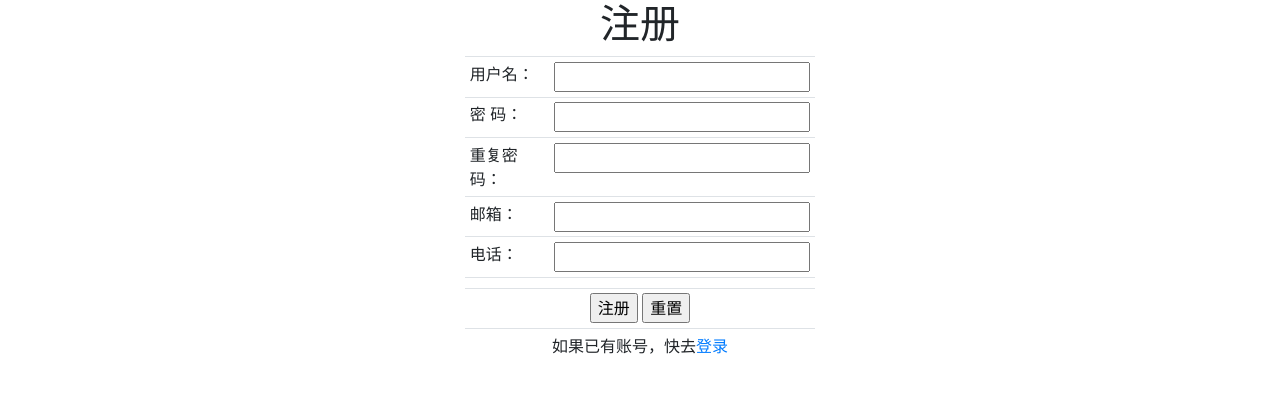
Repository: DHUAVH/Blog
Page: http://localhost/register.php
These files come from the project's save history. The page is drawn as it stood at one moment and after the next save; the edit follows.
The browser window is 1280 px wide. The pictures show the whole page.
Some web libraries are served in a nearby version. The page is run by PHP 8.4 with error messages shown; the project is at /var/www/html/.

Above is the page before, as saved 2020-11-29 18:05:00.

### register.php
<!DOCTYPE html>
<html lang="en">
<head>
    <meta charset="UTF-8">
    <meta name="viewport" content="width=device-width, initial-scale=1.0">
    <link rel="stylesheet" href="https://cdn.staticfile.org/twitter-bootstrap/4.3.1/css/bootstrap.min.css">
    <script src="https://cdn.staticfile.org/jquery/3.2.1/jquery.min.js"></script>
    <script src="https://cdn.staticfile.org/popper.js/1.15.0/umd/popper.min.js"></script>
    <script src="https://cdn.staticfile.org/twitter-bootstrap/4.3.1/js/bootstrap.min.js"></script>

    <title>注册界面</title>
</head>
<body class="background">
    <div class="container">
        <h1 class="text-center">注册</h1>
        <div class="row">
            <div class="col-sm-4 offset-sm-4">
                <form action="registerAction.php" method="POST">
                    <table class="table table-sm">
                        <tr>
                            <td>用户名：</td>
                            <td><input type="text" name="username" required></td>
                        </tr>

                        <tr>
                            <td>密   码：</td>
                            <td><input type="password" name="password" required></td>
                        </tr>

                        <tr>
                            <td>重复密码：</td>
                            <td><input type="password" name="re_password" required></td>
                        </tr>

                        <tr>
                            <td>邮箱：</td> <td><input type="email" name="email" required></td>
                        </tr>

                        <tr>
                            <td>电话：</td> <td><input type="text" name="phone" required></td>
                        </tr>

                        <tr>
                            <td colspan="2" class="text-center" style="color:red;font-size:10px;">
                            <?php
                            $err=isset($_GET["err"]) ? $_GET["err"] : "";
                            switch($err){
                                case 1:
                                    echo "<div class='alert alert-waring alert-dismissible fade show' role='alert'>";
                                    echo "<strong>警告!用户名已存在！</strong>";
                                    echo "<button type=button' class='close' data-dismiss='alert' aria-label='Close'>";
                                    echo "<span aria-hidden='true'>&times;</span>";
                                    echo "</button>";
                                break;

                                case 2:
                                    echo "<div class='alert alert-danger alert-dismissible fade show' role='alert'>";
                                    echo "<strong>错误!密码与重复密码不一致!</strong>";
                                    echo "<button type=button' class='close' data-dismiss='alert' aria-label='Close'>";
                                    echo "<span aria-hidden='true'>&times;</span>";
                                    echo "</button>";
                                break;
                            }
                            ?>
                            </td>
                        </tr>

                        <tr>
                            <td colspan="2" class="text-center">
                                <input type="submit" id="register" name="register" value="注册">
                                <input type="reset" id="reset" name="reset" value="重置">
                            </td>
                        </tr>

                        <tr>
                            <td colspan="2" class="text-center">如果已有账号，快去<a href="login.php">登录</a></td>
                        </tr>
                    </table>
                </form>
            </div>
        </div>
    </div>

</body>
</html>

### CSS/blog.css
.background{
    background:url(../images/bg.jpg);
    background-size:contain;
    background-repeat: no-repeat;
}

.login_input{
    border-radius: 5px;
    position: relative;
    width: 200px;
    height: 40px;
 }

 .captcha_input{
    border-radius: 5px;
    position: relative;
    left: 5px;
    width: 100px;
    height: 38px;
 }

 .submit{
    border-radius: 5px;
 }

 .reset{
    border-radius: 5px;
    left: 5px;
 }

.search{
    border-radius: 10px;
    position: relative;
    top: 2px;
    width: 200px;
    height: 35px;
 }

 #result{
    position: absolute;
    top: 58px;
    left: 70px;
    z-index: 999;
    width: 300px;
    height: auto;
    background-color: white;
    border-radius: 5px;
 }

After the next save:
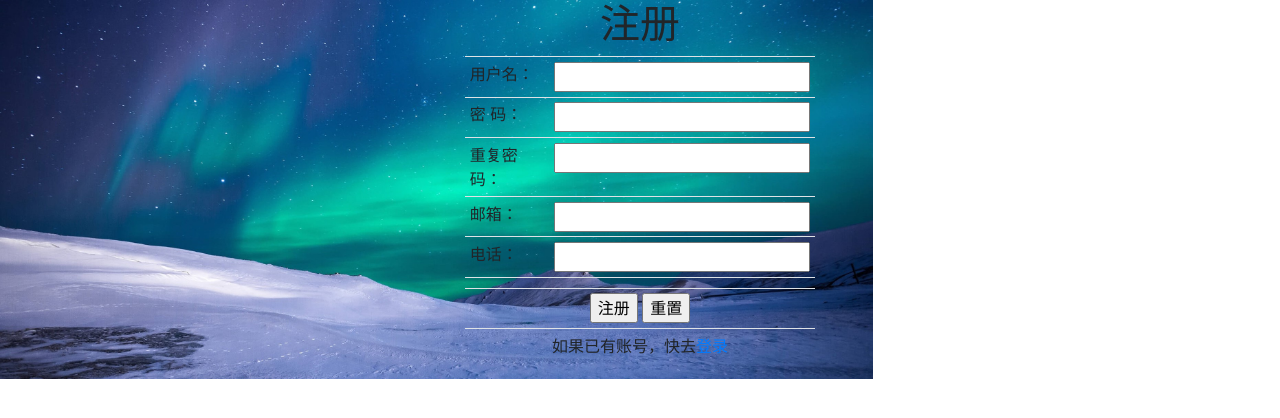
Saved 23 s later.
--- a/register.php
+++ b/register.php
@@ -3,6 +3,7 @@
 <head>
     <meta charset="UTF-8">
     <meta name="viewport" content="width=device-width, initial-scale=1.0">
+    <link rel="stylesheet" type="text/css" href="CSS\blog.css">
     <link rel="stylesheet" href="https://cdn.staticfile.org/twitter-bootstrap/4.3.1/css/bootstrap.min.css">
     <script src="https://cdn.staticfile.org/jquery/3.2.1/jquery.min.js"></script>
     <script src="https://cdn.staticfile.org/popper.js/1.15.0/umd/popper.min.js"></script>
